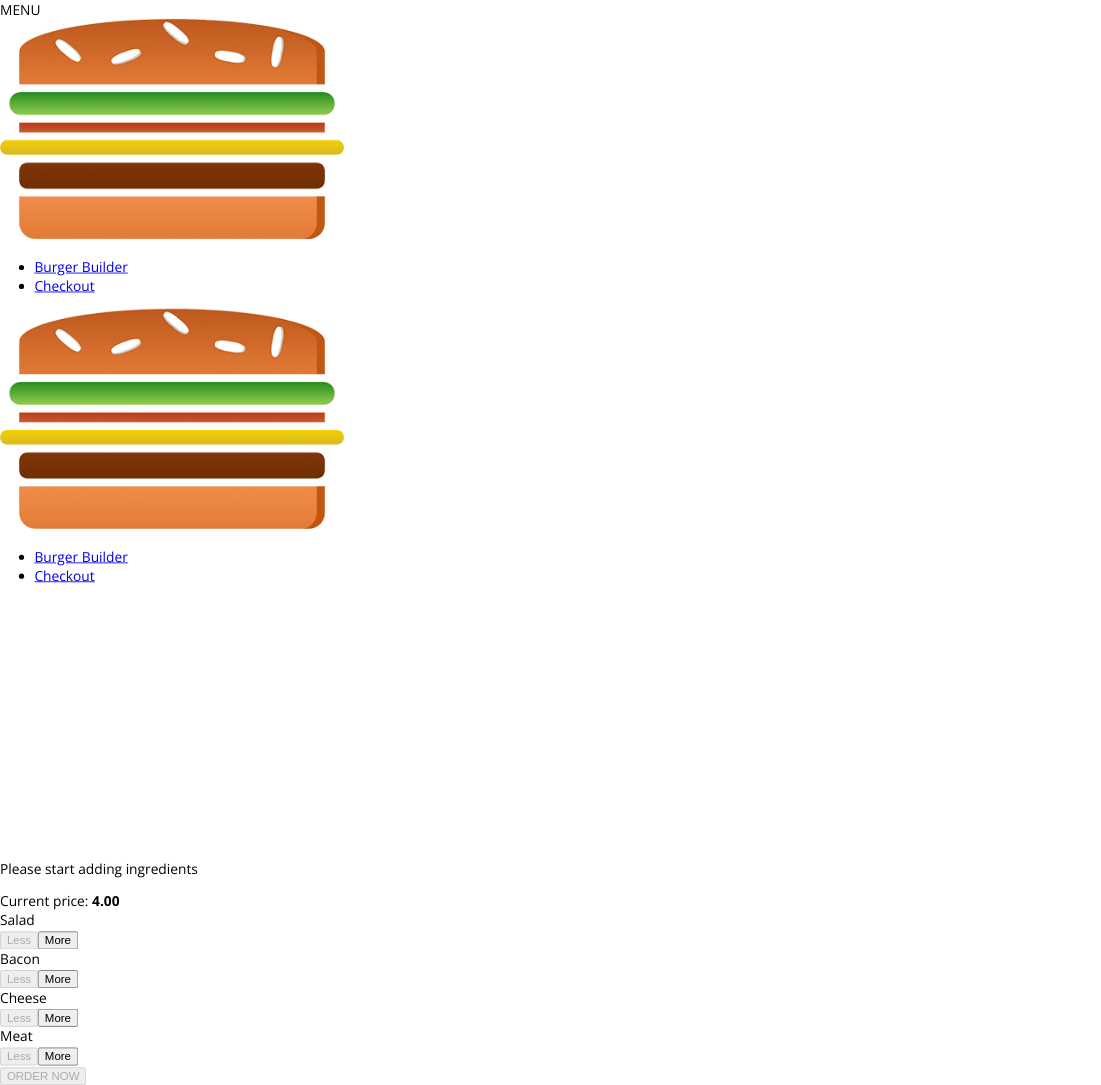
Repository: dunbom6612/burger-builder-app
Page: /checkout/contact-data
These files come from the project's save history. The page is drawn as it stood at one moment and after the next save; the edit follows.
The browser window is 1280 px wide. The pictures show the whole page, at 86% of full size.
The project was rebuilt for these pictures with package versions that can differ from the ones it lists, and the page was loaded fresh each time. Also part of the build but not shown: src/components/Layout/Layout.css, src/components/Navigation/Toolbar/Toolbar.css, src/components/Logo/Logo.css, src/components/Navigation/NavigationItems/NavigationItems.css, src/components/Navigation/NavigationItems/NavigationItem/NavigationItem.css, src/components/Navigation/SideDrawer/DrawToogle/DrawToogle.css, src/components/Navigation/SideDrawer/SideDrawer.css, src/components/UI/Backdrop/Backdrop.css and 6 more.

Above is the page before, as saved 2020-08-01 23:39:50.

### public/index.html
<!DOCTYPE html>
<html lang="en">
  <head>
    <meta charset="utf-8">
    <meta name="viewport" content="width=device-width, initial-scale=1, shrink-to-fit=no">
    <meta name="theme-color" content="#000000">
    <!--
      manifest.json provides metadata used when your web app is added to the
      homescreen on Android. See https://developers.google.com/web/fundamentals/engage-and-retain/web-app-manifest/
    -->
    <link rel="manifest" href="%PUBLIC_URL%/manifest.json">
    <link rel="shortcut icon" href="%PUBLIC_URL%/favicon.ico">
    <!--
      Notice the use of %PUBLIC_URL% in the tags above.
      It will be replaced with the URL of the `public` folder during the build.
      Only files inside the `public` folder can be referenced from the HTML.

      Unlike "/favicon.ico" or "favicon.ico", "%PUBLIC_URL%/favicon.ico" will
      work correctly both with client-side routing and a non-root public URL.
      Learn how to configure a non-root public URL by running `npm run build`.
    -->
    <link href="https://fonts.googleapis.com/css2?family=Open+Sans:wght@400;700&display=swap" rel="stylesheet">
    <title>Huy Burger</title>
  </head>
  <body>
    <noscript>
      You need to enable JavaScript to run this app.
    </noscript>
    <div id="root"></div>
    <!--
      This HTML file is a template.
      If you open it directly in the browser, you will see an empty page.

      You can add webfonts, meta tags, or analytics to this file.
      The build step will place the bundled scripts into the <body> tag.

      To begin the development, run `npm start` or `yarn start`.
      To create a production bundle, use `npm run build` or `yarn build`.
    -->
  </body>
</html>

### src/App.js
import React, { Component } from 'react';
import Layout from './components/Layout/Layout';
import BurgerBuilder from './containers/BurgerBuilder/BurgerBuilder';

class App extends Component {
  render() {
    return (
      <div className="App">
        <Layout>
          <BurgerBuilder />
        </Layout>
      </div>
    );
  }
}

export default App;

### src/components/Layout/Layout.js
import React, { Component } from "react";
import Aux from "../../hoc/Aux";
import classes from "./Layout.css";
import Toolbar from "../Navigation/Toolbar/Toolbar";
import SideDrawer from "../Navigation/SideDrawer/SideDrawer";

class Layout extends Component {
  state = {
    showSideDrawer: true,
  };

  sideDrawerClosedHandler = () => {
    this.setState({ showSideDrawer: false });
  };

  sideDrawerToogleHandler = () => {
    this.setState((prevState) => {
      return { showSideDrawer: !prevState.showSideDrawer };
    });
  };
  render() {
    return (
      <Aux>
        <Toolbar drawerToggleClicked={this.sideDrawerToogleHandler} />
        <SideDrawer
          open={this.state.showSideDrawer}
          closed={this.sideDrawerClosedHandler}
        />
        <main className={classes.Content}>{this.props.children}</main>
      </Aux>
    );
  }
}

export default Layout;

### src/containers/BurgerBuilder/BurgerBuilder.js
import React, { Component } from "react";
import Aux from "../../hoc/Aux";
import Burger from "../../components/Burger/Burger";
import BuildControls from "../../components/BuildControls/BuildControls";
import Modal from '../../components/UI/Modal/Modal';
import OrderSummary from '../../components/Burger/OrderSummary/OrderSummary'

const INGREDIENT_PRICES = {
  salad: 0.5,
  cheese: 0.4,
  meat: 1.3,
  bacon: 0.7,
};
class BurgerBuilder extends Component {
  state = {
    ingredients: {
      salad: 0,
      bacon: 0,
      cheese: 0,
      meat: 0,
    },
    totalPrice: 4,
    purchasable: false,
    purchasing: false
  };

  updatePurchaseState(ingredients) {
    const sum = Object.keys(ingredients).map(igKey => {
      return ingredients[igKey]
    }).reduce((sum,el) => {
      return sum + el
    },0);
    this.setState({purchasable: sum > 0 });
  }

  addIngredientHandler = (type) => {
    const oldCount = this.state.ingredients[type];
    const updatedCount = oldCount + 1;
    const updateIngredients = {
      ...this.state.ingredients,
    };
    updateIngredients[type] = updatedCount;
    const priceAddition = INGREDIENT_PRICES[type];
    const oldPrice = this.state.totalPrice;
    const newPrice = oldPrice + priceAddition;
    this.setState({ totalPrice: newPrice, ingredients: updateIngredients });
    this.updatePurchaseState(updateIngredients);
  };

  removeIngredientHandler = (type) => {
    const oldCount = this.state.ingredients[type];
    if(oldCount <= 0){
        return;
    }
    const updatedCount = oldCount - 1 ;
    const updateIngredients = {
      ...this.state.ingredients,
    };
    updateIngredients[type] = updatedCount;
    const priceDeduction = INGREDIENT_PRICES[type];
    const oldPrice = this.state.totalPrice;
    const newPrice =
      oldPrice > priceDeduction ? oldPrice - priceDeduction : oldPrice;
    this.setState({ totalPrice: newPrice, ingredients: updateIngredients });
    this.updatePurchaseState(updateIngredients);
  };

  purchaseHandler = () => {
    this.setState({
      purchasing: true
    })
  }

  purchaseCancelHandler = () => {
    this.setState({purchasing: false});
  }

  purchaseContinueHandler = () => {
    alert('You continue!');
  }

  render() {
      const disabledInfo = {
          ...this.state.ingredients
      };
      for (let key in disabledInfo) {
          disabledInfo[key] = disabledInfo[key] <= 0
      }
    return (
      <Aux>
        <Modal show={this.state.purchasing} modalClosed={this.purchaseCancelHandler}>
          <OrderSummary ingredients={this.state.ingredients}
          price={this.state.totalPrice}
          purchaseCancelled={this.purchaseCancelHandler}
          purchaseContinued={this.purchaseContinueHandler}
          />
        </Modal>
        <Burger ingredients={this.state.ingredients} />
        <BuildControls
          ingredientAdded={this.addIngredientHandler}
          ingredientRemoved={this.removeIngredientHandler}
          price={this.state.totalPrice}
          ordered={this.purchaseHandler}
          purchasable={this.state.purchasable}
          disabled={disabledInfo}

        />
      </Aux>
    );
  }
}

export default BurgerBuilder;

### src/components/Navigation/Toolbar/Toolbar.js
import React from "react";
import classes from './Toolbar.css'
import Logo from '../../Logo/Logo';
import NavigationItems from '../NavigationItems/NavigationItems';
import DrawerToggle from '../SideDrawer/DrawToogle/DrawToggle';
const toolbar = (props) => (
  <header className={classes.Toolbar}>
    <DrawerToggle clicked={props.drawerToggleClicked}/>
    <div className={classes.Logo}>
        <Logo />
    </div>
    <nav className={classes.DestopOnly}>
        <NavigationItems />
    </nav>
  </header>
);

export default toolbar;

### src/components/Navigation/SideDrawer/SideDrawer.js
import React from "react";
import Logo from "../../Logo/Logo";
import NavigationItems from "../NavigationItems/NavigationItems";
import classes from "./SideDrawer.css";
import Backdrop from "../../UI/Backdrop/Backdrop";
import Aux from "../../../hoc/Aux"

const sideDrawer = (props) => {
    let attachedClasses = [classes.SideDrawer, classes.Close];
    if(props.open) {
        attachedClasses = [classes.SideDrawer, classes.Open];
    }
  return (
    <Aux>
        <Backdrop show={props.open} clicked={props.closed}/>
      <div className={attachedClasses.join(' ')}>
        <div className={classes.Logo}>
          <Logo />
          <NavigationItems />
        </div>
      </div>
    </Aux>
  );
};

export default sideDrawer;

### src/components/Burger/Burger.js
import React from 'react'
import BurgerIngredient from './Burgeringredient/Burgeringredient'
import classes from './Burger.css'

const burger = (props) => {
    let transformedIngredient = Object.keys(props.ingredients).map(igKey => {
        return [...Array(props.ingredients[igKey])].map((_,i) => {
           return  <BurgerIngredient key={igKey + i} type={igKey} />
        });
    }).reduce((arr, el) => {
        return arr.concat(el);
    }, []);
    if(transformedIngredient.length === 0 ){
        transformedIngredient = <p> Please start adding ingredients</p>;
    }
    return (
        <div className={classes.Burger}>
            <BurgerIngredient type='bread-top'/>
            {transformedIngredient}
            <BurgerIngredient type='bread-bottom'/>
        </div>
    );


}

export default burger;

### src/components/BuildControls/BuildControls.js
import React from "react";
import classes from "./BuildControls.css";
import BuildControl from "./BuildControl/BuildControl";

const controls = [
  { label: "Salad", type: "salad" },
  { label: "Bacon", type: "bacon" },
  { label: "Cheese", type: "cheese" },
  { label: "Meat", type: "meat" },
];
const buildControls = (props) => (
  <div className={classes.BuildControls}>
    <div>
      Current price: <strong>{props.price.toFixed(2)}</strong>
    </div>
    {controls.map((ctrl) => (
      <BuildControl
        key={ctrl.label}
        label={ctrl.label}
        added={() => props.ingredientAdded(ctrl.type)}
        removed={() => props.ingredientRemoved(ctrl.type)}
        disabled={props.disabled[ctrl.type]}
      />
    ))}
    <button className={classes.OrderButton} disabled={!props.purchasable} onClick={props.ordered}>
       ORDER NOW</button>
  </div>
);

export default buildControls;

### src/components/UI/Modal/Modal.js
import React from "react";
import classes from "./Modal.css";
import Aux from "../../../hoc/Aux";
import Backdrop from "../Backdrop/Backdrop";

const modal = (props) => (
  <Aux>
    <Backdrop show={props.show} clicked={props.modalClosed} />
    <div
      className={classes.Modal}
      style={{
        transform: props.show ? "translateY(0)" : "translateY(-100vh)",
        opacity: props.show ? "1" : "0",
      }}
    >
      {props.children}
    </div>
  </Aux>
);

export default modal;

### src/components/Burger/OrderSummary/OrderSummary.js
import React from "react";
import Aux from "../../../hoc/Aux";
import Button from "../../UI/Button/Button";

const orderSummary = (props) => {
  const ingredientSummary = Object.keys(props.ingredients).map((igKey) => {
    return (
      <li key={igKey}>
        <span style={{ textTransform: "capitalize" }}>{igKey}</span>:
        {props.ingredients[igKey]}
      </li>
    );
  });
  return (
    <Aux>
      <h3>Your Order</h3>
      <p>A delicious burger with the following ingredients:</p>
      <ul>{ingredientSummary}</ul>
      <p>
        <strong>Total Price:{props.price.toFixed(2)}</strong>
      </p>
      <p>Continue to checkout?</p>
      <Button btnType="Danger" clicked={props.purchaseCancelled}>
        CANCEL
      </Button>
      <Button btnType="Success" clicked={props.purchaseContinued}>
        CONTINUE
      </Button>
    </Aux>
  );
};

export default orderSummary;

### src/components/Logo/Logo.js
import React from 'react';
import burgerLogo from '../../assets/images/burger-logo.png'
import classes from './Logo.css'

const logo = (props) => (
    <div className={classes.Logo} >
        <img src={burgerLogo} alt="MyBurger" />
    </div>
);

export default logo;

### src/components/Navigation/NavigationItems/NavigationItems.js
import React from 'react';
import classes from './NavigationItems.css'
import NavigationItem from './NavigationItem/NavigationItem'


const navigationItems = () => (
    <ul className={classes.NavigationItems}>
        <NavigationItem link="/" active>Burger Builder</NavigationItem>
        <NavigationItem link="/">Checkout</NavigationItem>
    </ul>

);

export default navigationItems;

### src/components/Navigation/SideDrawer/DrawToogle/DrawToggle.js
import React from "react";
import classes from "./DrawToogle.css";
const drawToggle = (props) => (
  <div className={classes.DrawToogle} onClick={props.clicked}>
    MENU
  </div>
);

export default drawToggle;

### src/components/UI/Backdrop/Backdrop.js
import React from "react";
import classes from "./Backdrop.css";
const backdrop = (props) =>
  props.show ? <div className={classes.Backdrop} onClick={props.clicked}></div> : null;


export default backdrop;

### src/components/Burger/Burgeringredient/Burgeringredient.js
import React, { Component } from "react";
import PropTypes from "prop-types";
import classes from "./Burgeringredient.css";

class BurgerIngredient extends Component {
  render() {
    let ingredient = null;

    switch (this.props.type) {
      case "bread-bottom":
        ingredient = <div className={classes.BreadBottom}></div>;
        break;
      case "bread-top":
        ingredient = (
          <div className={classes.BreadTop}>
            <div className={classes.Seeds1}></div>
            <div className={classes.Seeds2}></div>
          </div>
        );
        break;
      case "meat":
        ingredient = <div className={classes.Meat}></div>;
        break;
      case "cheese":
        ingredient = <div className={classes.Cheese}></div>;
        break;
      case "bacon":
        ingredient = <div className={classes.Bacon}></div>;
        break;
      case "salad":
        ingredient = <div className={classes.Salad}></div>;
        break;
      default:
        ingredient = null;
    }

    return ingredient;
  }
}

BurgerIngredient.propTypes = {
  type: PropTypes.string.isRequired,
};

export default BurgerIngredient;

### src/components/BuildControls/BuildControl/BuildControl.js
import React from "react";
import classes from './BuildControl.css';



const buildControl = (props) => (
    <div className={classes.BuildControl}>
        <div className={classes.Label}>{props.label}</div>
        <button className={classes.Less} onClick={props.removed} disabled={props.disabled}>Less</button>
        <button className={classes.More} onClick={props.added}>More</button>
    </div>
);

export default buildControl;

### src/components/UI/Button/Button.js
import React from "react";
import classes from './Button.css'

const button = (props) => (
  <button className={[classes.Button, classes[props.btnType]].join(' ')}
    onClick={props.clicked}>{props.children}</button>
);

export default button;

### src/components/Navigation/NavigationItems/NavigationItem/NavigationItem.js
import React from "react";
import classes from "./NavigationItem.css";

const navigationItem = (props) => (
  <li className={classes.NavigationItem}>
    <a href={props.link} className={props.active ? classes.active : null}>{props.children}</a>
  </li>
);

export default navigationItem;

Loaded but not shown: src/index.js (common file); src/index.css (common file); src/registerServiceWorker.js (common file); src/hoc/Aux.js (common file)

After the next save:
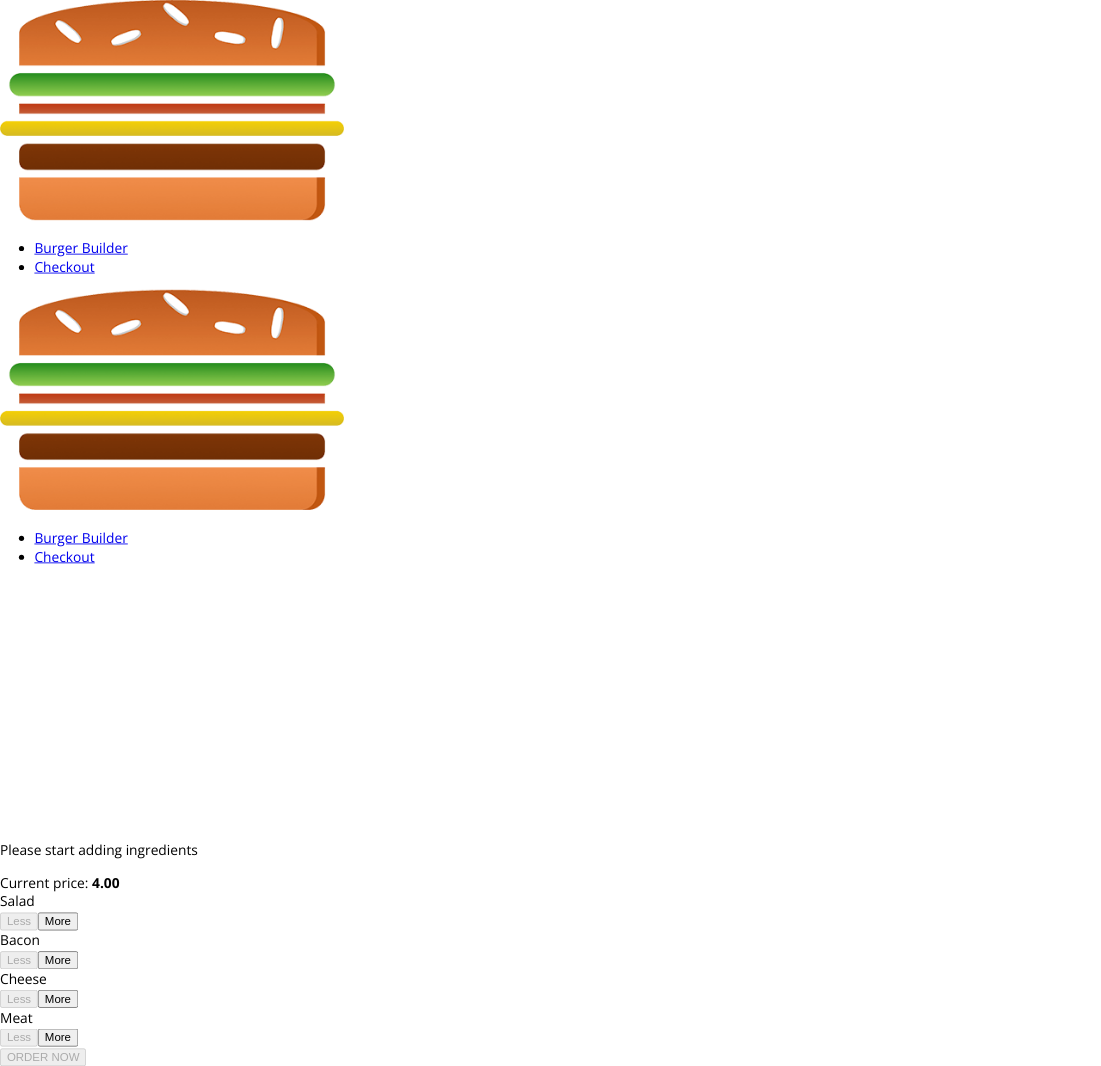
Saved 71 s later.
--- a/src/components/Navigation/SideDrawer/DrawToogle/DrawToggle.js
+++ b/src/components/Navigation/SideDrawer/DrawToogle/DrawToggle.js
@@ -2,7 +2,9 @@ import React from "react";
 import classes from "./DrawToogle.css";
 const drawToggle = (props) => (
   <div className={classes.DrawToogle} onClick={props.clicked}>
-    MENU
+    <div> </div>
+    <div> </div>
+    <div> </div>
   </div>
 );
 
